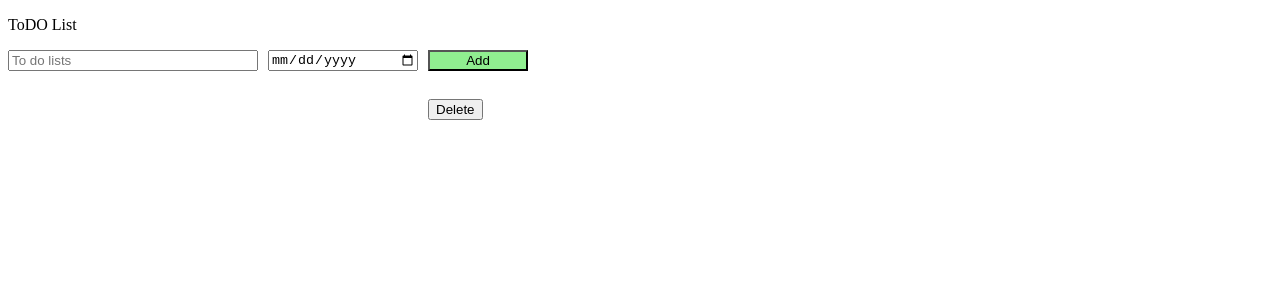
Repository: pgyunknown/ToDo-List
Page: index.html
The author's editor kept a copy of each file at every save. The page is drawn from the files as they stood at one save, then again after a run of saves.
The browser window is 1280 px wide. The pictures show the whole page.

Above is the page before, as saved 2024-08-29 20:48:22.

### index.html
<!DOCTYPE html>
<html lang="en">
<head>
  <meta charset="UTF-8">
  <meta name="viewport" content="width=device-width, initial-scale=1.0">
  <link rel="stylesheet" href="index.css">
  <title>Document</title>
</head>
<body>
    <p>ToDO List</p>
  <div class="grid-body">
  <input placeholder="To do lists" class="js-name-input"><input type="date" class="js-date-b"><button onclick="addWork();" class="add-b">Add</button><br>
    </div>
  <div class="js-todo-list todo-grid">text</div>

  <script src="index.js"></script>
</body>
</html>

### index.css
.todo-grid{
  display: grid;
  grid-template-columns: 250px 150px 100px;
  column-gap: 10px;
  row-gap: 10px;
}

.grid-body{
  display: grid;
  grid-template-columns: 250px 150px 100px;
  column-gap: 10px;
  row-gap: 10px;
}

.add-b{
  background-color: lightgreen;
  padding: 10pz;
}

### index.js
const todoList=[{
  name:'',duedate:''
}
];

eventList();
function eventList(){
  let todoListHTML=' ';
  for(i=0;i<todoList.length;i++){
    const todoObj=todoList[i];
    const {name}=todoObj;
    const {duedate}=todoObj;
    const html=`
    <div >${name}</div>
    <div >${duedate}</div>
    <div>    <button onclick="todoList.splice(${i},1);
    eventList();" class="delete-b" >Delete</button></div>
    `;
    todoListHTML+=html;
}
console.log(todoListHTML) ;
document.querySelector('.js-todo-list').innerHTML=todoListHTML;
}
function addWork(){
  const inputElement=document.querySelector('.js-name-input');
  const name=inputElement.value;

  const dateinputElement=document.querySelector('.js-date-b');
  const duedate=dateinputElement.value;

  todoList.push({
    name:name,
    duedate:duedate
  });

  inputElement.value='';
  // console.log(todoList);
  eventList();
}

After the next 3 saves:
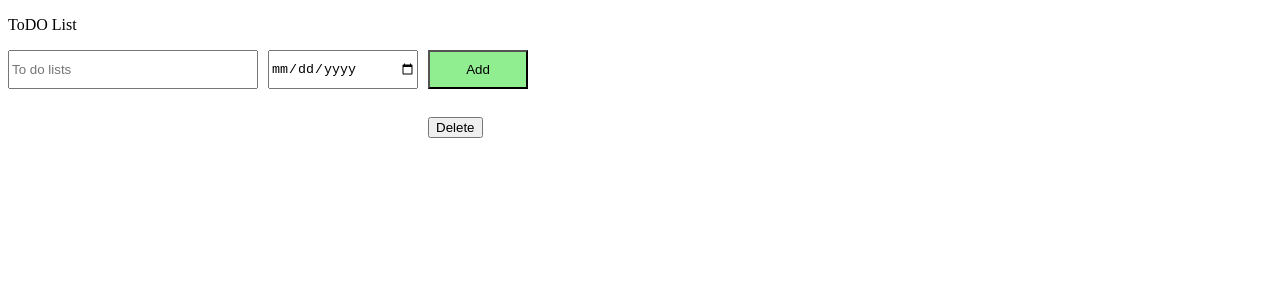
The 3 saves are shown as one change because they came seconds apart.
The last was saved 14 s later.
--- a/index.css
+++ b/index.css
@@ -14,5 +14,8 @@
 
 .add-b{
   background-color: lightgreen;
-  padding: 10pz;
+  padding: 10px;
 }
+.delete-b{
+
+}
